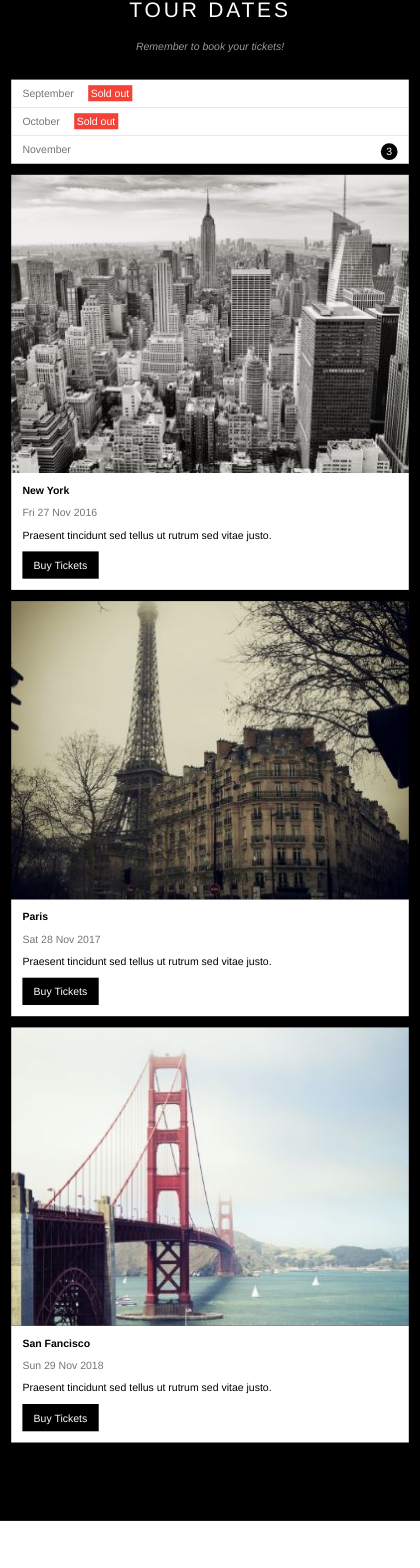
Repository: ThinhTran2k/BigBang-Band-Website
Page: index.html
These files come from the project's save history. The page is drawn as it stood at one moment and after a run of saves; the edit follows.
The browser window is 600 px wide. The pictures show the part of the page from y = 3714 to 5954 px (the page is 7004 px tall before and 6230 px after), at 70% of full size.

Above is the page before, as saved 2021-03-16 18:22:02.
Console error: TypeError: Cannot set properties of undefined (setting 'onclick')

### index.html
<!DOCTYPE html>
<html lang="en">
<head>
    <meta charset="UTF-8">
    <meta http-equiv="X-UA-Compatible" content="IE=edge">
    <meta name="viewport" content="width=device-width, initial-scale=1.0">
    <title>Brand</title>
    <link rel="icon" href="asset/img/favicon.png" type="image/x-icon" />
    <link rel="stylesheet" href="./asset/css/style.css">
    <link rel="stylesheet" href="./asset/css/responsive.css">
    <link rel="stylesheet" href="./asset/font/themify-icons/themify-icons.css">
</head>
<body>
    <div class="wrapper">
        <div class="header">
            <!-- Navigation -->
            <ul class="nav row-block">
                <li><a href="#">Home</a></li>
                <li><a href="#band">Band</a></li>
                <li><a href="#tour">Tour</a></li>
                <li><a href="#contact">Contact</a></li>
                <li>
                    <a href="#">
                        More
                        <i class="nav-arrow-icon ti-angle-down"></i>
                    </a>
                    <ul class="subnav">
                        <li><a href="#">Merchandise</a></li>
                        <li><a href="#">Extras</a></li>
                        <li><a href="#">Media</a></li>
                    </ul>
                </li>
            </ul>

            <!-- Search -->
            <div class="header__search">
                <i class="header__search-icon ti-search"> </i>
            </div>

            <div class="mobi-menu-responsive">
                <i class="menu-icon ti-menu"></i>
            </div>
        </div>

        <div class="slider">
            <div class="text-content">
                <h2 class="text-heading">New York</h2>
                <div class="text-description">The atmosphere in New York is lorem ipsum.</div>
            </div>
        </div>

        <div class="content" >
            <div class="content-section" id="band">
                <h2 class="section-heading">THE BAND</h2>
                <p class="section-subheading">We love music</p>
                <p class="about">We have created a fictional band website. Lorem ipsum dolor sit amet, consectetur adipiscing elit, sed do eiusmod tempor
                incididunt ut labore et dolore magna aliqua. Ut enim ad minim veniam, quis nostrud exercitation ullamco laboris nisi ut
                aliquip ex ea commodo consequat. Duis aute irure dolor in reprehenderit in voluptate velit esse cillum dolore eu fugiat
                nulla pariatur. Excepteur sint occaecat cupidatat non proident, sunt in culpa qui officia deserunt mollit anim id est
                laborum consectetur adipiscing elit, sed do eiusmod tempor incididunt ut labore et dolore magna aliqua. Ut enim ad minim
                veniam, quis nostrud exercitation ullamco laboris nisi ut aliquip ex ea commodo consequat.
                </p>

                <div class="row member-list member-list-resp">
                    <div class="member-item member-item-resp">
                        <p class="member-name">T.O.P</p>
                        <img src="./asset/img/T.O.P.jpg" alt="name" class="member-img">
                    </div>
                    <div class="member-item member-item-resp">
                        <p class="member-name">Taeyong</p>
                        <img src="./asset/img/Taeyong.jpg" alt="name" class="member-img">
                    </div>
                    <div class="member-item member-item-resp">
                        <p class="member-name">G-Dragon</p>
                        <img src="./asset/img/G-dragon.jpg" alt="name" class="member-img">
                    </div>
                    <div class="member-item member-item-resp">
                        <p class="member-name">Deasung</p>
                        <img src="./asset/img/Deasung.jpg" alt="name" class="member-img">
                    </div>
                    <div class="member-item member-item-resp">
                        <p class="member-name">Seungri</p>
                        <img src="./asset/img/Seung-hyun.png" alt="name" class="member-img">
                    </div>
                </div>
            </div>
            <div class="content-section--black" id="tour">
                <div class="content-section">
                    <h2 class="section-heading text-white">TOUR DATES</h2>
                    <p class="section-subheading text-white">Remember to book your tickets!</p>
                    <!-- Tickets -->
                    <ul class="tickets-list">
                        <li>September <span class="sold-out">Sold out</span></li>
                        <li>October <span class="sold-out">Sold out</span></li>
                        <li>November <span class="quantity">3</span></li>
                    </ul>
                    <!-- Places -->
                    <div class="row place-list row-block">
                        <div class="col col-third s-col-full mt-16">
                            <img src="./asset/img/newyork.jpg" alt="place" class="place-img">
                            <div class="place-content">
                                <h3 class="place-heading">New York</h3>
                                <p class="place-time">Fri 27 Nov 2016</p>
                                <p class="place-desc">Praesent tincidunt sed tellus ut rutrum sed vitae justo.</p>
                                <a href="#" class="place-buy-btn">Buy Tickets</a>
                            </div>
                        </div>
                        <div class="col col-third s-col-full mt-16">
                            <img src="./asset/img/paris.jpg" alt="place" class="place-img">
                            <div class="place-content">
                                <h3 class="place-heading">Paris</h3>
                                <p class="place-time">Sat 28 Nov 2017</p>
                                <p class="place-desc">Praesent tincidunt sed tellus ut rutrum sed vitae justo.</p>
                                <a href="#" class="place-buy-btn">Buy Tickets</a>
                            </div>
                        </div>
                        <div class="col col-third s-col-full mt-16">
                            <img src="./asset/img/sanfran.jpg" alt="place" class="place-img">
                            <div class="place-content">
                                <h3 class="place-heading">San Fancisco</h3>
                                <p class="place-time">Sun 29 Nov 2018</p>
                                <p class="place-desc">Praesent tincidunt sed tellus ut rutrum sed vitae justo.</p>
                                <a href="#" class="place-buy-btn">Buy Tickets</a>
                            </div>
                        </div>
                    </div>
                </div>
            </div>
            <div class="content-section" id="contact">
                <h2 class="section-heading">CONTACT</h2>
                <p class="section-subheading">Fan? Drop a note!</p>

                <div class="row contact-content row-block">
                    <div class="col col-half s-col-full contact-infor">
                        <p><i class="ti-location-pin"></i>Chicago, US</p>
                        <p><i class="ti-mobile"></i>Phone: +00 151515/p>
                        <p><i class="ti-email"></i>Email: mail@mail.com</p>
                    </div>
                    <div class="col col-half s-col-full contact-form">
                        <form action="">
                            <div class="row row-block">
                                <div class="col col-half s-col-full">
                                    <input type="text" name="" id="" class="form-control" required placeholder="Name">
                                </div>
                                <div class="col col-half s-col-full">
                                    <input type="email" name="" id="" class="form-control" required placeholder="Email">
                                </div>
                            </div>
                            <div class="row mt-8">
                                <div class="col col-full">
                                    <input type="text" name="" id="" class="form-control" required placeholder="Message">
                                </div>
                            </div>
                            <input type="submit" value="SEND" class="form-btn">
                        </form>
                    </div>
                </div>
            </div>

            <div class="map-section" >
                <img src="./asset/img/map.jpg" alt="map">
            </div>
        </div>

        <div class="footer">
            <div class="social-list">
                <a href=""><i class="ti-facebook"></i></a>
                <a href=""><i class="ti-instagram"></i></a>
                <a href=""><i class="ti-pinterest"></i></a>
                <a href=""><i class="ti-linkedin"></i></a>
                <a href=""><i class="ti-twitter-alter"></i></a>
                <a href=""><i class="ti-dropbox-alt"></i></a>
            </div>
            <p class="copyright">Powered by <a href="#">w3.css</a></p>
        </div>
    </div>

    <script>
        // Tự động thay đổi kích thước khi chọn btn menu
        var headerE = document.querySelector('.header');
        var headerHeight = headerE.clientHeight;
        var menuE = document.querySelector('.mobi-menu-responsive');
        menuE.onclick = function () {
            var status = headerE.clientHeight == headerHeight;
            if(status){
                headerE.style.height = 'auto'
            }else{
                headerE.style.height = null;
            }
        }
        // Tự động đóng khi chọn menu
        var menuItems = document.querySelectorAll('ul li a[href*="#"]');
        for(var i = 0; i<= menuItems.length; i++){
            var menuItem = menuItems[i];

            menuItem.onclick = function (e) {
                var isParentMenu = this.nextElementSibling && this.nextElementSibling.classList.contains('subnav');
                if(isParentMenu){
                    e.preventDefault();
                }else{
                    headerE.style.height = null;
                }
            }
        }


    </script>
</body>
</html>

### asset/css/style.css
/* Reset CSS */
*{
    padding: 0;
    margin: 0;
    box-sizing: border-box;
}

html {
    scroll-behavior: smooth;
    font-family: Helvetica, Arial , sans-serif;
}

/* Common css */
.text-white {
    color: #fff !important;
}
.row {
    display: flex;
    justify-content: space-between;
    margin-left: -8px;
    margin-right: -8px;
}
.col {
    padding: 0 8px;
}
.col-third {
    width: 33.33%;
}
.col-half {
    width: 50%;
}
.col-full {
    width: 100%;
}
.mt-8 {
    margin-top: 8px;
}
.mt-16 {
    margin-top: 16px;
}
/* end */

/* Main */
.wrapper {

}

.header {
    position: fixed;
    top: 0;
    left: 0;
    right: 0;
    z-index: 1;
    height: 46px;
    background-color: #000;
}

.nav {
    display: inline-block;
}
.nav .subnav {
    display: none;
    position: absolute;
    top: 100%;
    left: 0;
    min-width: 160px;
    background-color: #fff;
    box-shadow: 0 0 10px rgba(0, 0, 0, 0.3);
}
.nav, .subnav {
    list-style: none;
}
.nav .subnav li:hover, .nav > li:hover > a {
    color: #000;
    background-color: #ccc;
}
.nav .subnav a {
    line-height: 38px;
    padding: 0 16px;
    color: #000;
}

.nav li:hover .subnav {
    display: block;
}
.nav > li {
    display: inline-block;
}
.nav > li > a {
    text-transform: uppercase;
    color: #fff;
}
.nav li{
    position: relative;
}
.nav li a {
    display: block;
    cursor: pointer;
    padding: 0 24px;
    line-height: 46px;
    text-decoration: none;
}
.nav-arrow-icon {
    font-size: 14px;
}

.mobi-menu-responsive {
    position: absolute;
    top: 0;
    right: 0;
}
.header .header__search,
.header .mobi-menu-responsive {
    display: none;
    float: right;
    padding: 0 21px;
    line-height: 46px;
}
.header .header__search:hover {
    cursor: pointer;
    background-color: #f44336;
}
.header .mobi-menu-responsive:hover {
    background-color: #ccc;
}
.header .menu-icon:hover {
    color: #000;
}
.header .menu-icon,
.header__search-icon {
    color: #fff;
    font-size: 20px;
}

.slider {
    position: relative;
    margin-top: 46px;
    padding-top: 50%;
    background-image: url('/asset/img/slider2.jpg');
    background-size: cover;
    background-repeat: no-repeat;
    background-position: top center;
}
.text-content {
    position: absolute;
    color: #fff;
    bottom: 48px;
    left: 50%;
    transform: translateX(-50%);
    text-align: center;
}
.text-heading {
    font-weight: 500;
}
.text-description {
    padding-top: 15px;
}


.content {

}
.content-section {
    width: 800px;
    max-width: 100%;
    margin: 0 auto;
    padding: 64px 16px 112px;
}
.section-heading {
    font-weight: 500;
    font-size: 30px;
    text-align: center;
    letter-spacing: 4px;
}
.section-subheading {
    font-size: 15px;
    text-align: center;
    margin-top: 25px;
    font-style: italic;
    opacity: 0.6;
}
.about {
    margin-top: 25px;
    font-size: 15px;
    text-align: justify;
    line-height: 1.5;
}
.member-list {
    margin-top: 38px;
    padding: 32px 0;
}
.member-item {
    display: flex;
    flex-direction: column;
    align-items: center;
    justify-content: center;
    width: 20%;
}
.member-item .member-name {
    margin-bottom: 15px;
}
.member-item .member-img {
    border-radius: 5px;
    width: 150px;
    object-fit: contain;
}
.content-section--black {
    background-color: #000;
}
.tickets-list {
    list-style: none;
    margin-top: 40px;
    background-color: #fff;
}
.tickets-list li {
    color: #757575;
    font-size: 15px;
    padding: 11px 16px;
    border-bottom: 1px solid #ddd;
}
.sold-out {
    background-color: #f44336;
    padding: 3px 4px;
    color: #fff;
    margin-left: 16px;
}
.quantity {
    float: right;
    width: 24px;
    height: 24px;
    line-height: 24px;
    text-align: center;
    border-radius: 50%;
    background-color: #000;
    color: #fff;
}
.place-list {
    margin-top: 16px;
}
.place-img {
    display: block;
    width: 100%;
}
.place-img:hover { opacity: 0.6;}
.place-content {
    font-size: 15px;
    padding: 16px;
    background-color: #fff;
}
.place-heading {
    font-size: 15px;
    font-weight: 600;
}
.place-time {
    color: #757575;
    margin-top: 15px;
}
.place-desc {
    margin-top: 15px;
}
.place-buy-btn {
    display: inline-block;
    color: #fff;
    background-color: #000;
    padding: 11px 16px;
    margin-top: 15px;
    text-decoration: none;
}
.place-buy-btn:hover {color: #000; background-color: #ccc;}
/* Contact Form */
.contact-content {
    margin-top: 48px;
}
.contact-infor {
    font-size: 18px;
    line-height: 1.5;
}
.contact-infor i[class*="ti-"] { width: 30px; display: inline-block;}
.contact-form {
    font-size: 15px;
}
.form-control {
    padding: 10px;
    border: 1px solid #ccc;
    width: 100%;
}

.form-btn {
    display: block;
    margin-left: auto;
    margin-top: 16px;
    margin-bottom: 16px;
    padding: 12px 16px;
    text-align: right;
    border:none;
    color: #fff;
    background-color: #000;
}
.form-btn:hover { background-color: #ccc; cursor: pointer;color: #000;}
/* Map */
.map-section img {
    width: 100%;
}

.footer {
    padding: 64px 16px;
    text-align: center;
}
.footer .social-list {
    font-size: 24px;
}
.footer .social-list a {text-decoration: none; color: rgba(0, 0, 0, 0.6);}
.footer .social-list a:hover ,.footer .copyright a:hover { color: rgba(0, 0, 0, 0.4);}
.footer .copyright {
    margin-top: 15px;
    font-size: 15px;
    color: rgba(0, 0, 0, 0.6);
}
.footer .copyright a {
    color: rgba(0, 0, 0, 0.6);
}

### asset/css/responsive.css
/* Mobile */
@media (max-width: 740px) {
    .header .header__search {
        display: none;
    }
    .header .mobi-menu-responsive {
        display: block;
    }
    .header {
        overflow: hidden;
    }
    .nav > li {
        display: block;
    }
    .nav .subnav {
        position: initial;
        background-color: #333;
    }
    .nav .subnav a {
        color: #fff;
        padding: 5px 40px;
    }
    .nav > li:first-child {
        display: inline-block;
    }
    .member-list-resp {
        display: block;
        margin-top: 0;
    }
    .member-item-resp {
        padding-top: 35px;
        width: 100%;
    }
    .member-item .member-img {
        width: 60%;
    }
    .s-col-full {
        width: 100%;
    }
    .place-img {
        height: 60%;
    }
    .row-block {
        display: block;
    }
    .contact-form {
        margin-top: 16px;
    }
}

Loaded but not shown: asset/font/themify-icons/themify-icons.css (common file)

After the next 2 saves:
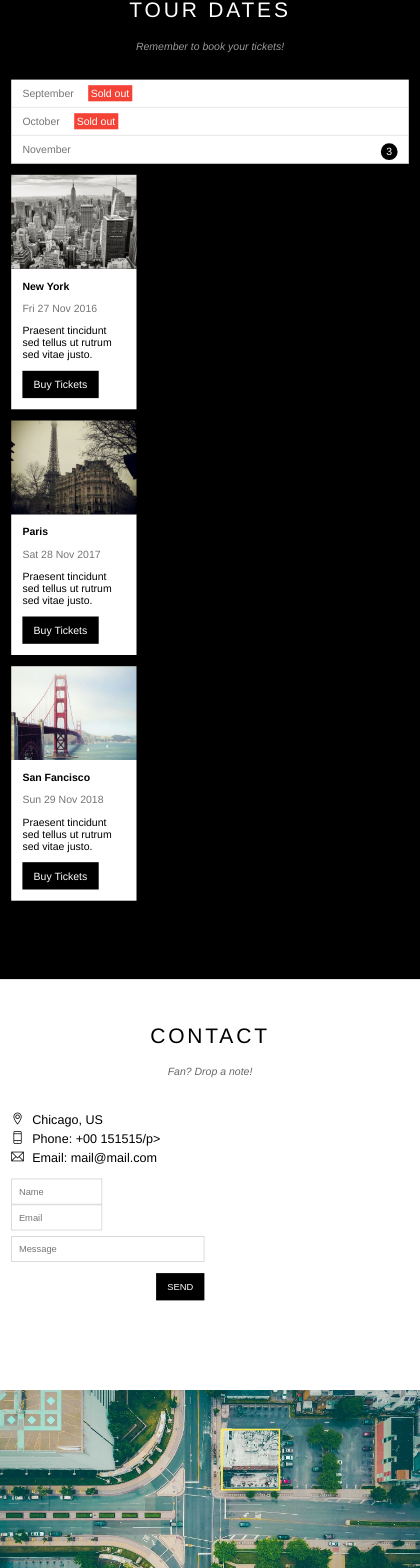
The 2 saves are shown as one change because they came seconds apart.
The last was saved 2 min 57 s later.
--- a/asset/css/responsive.css
+++ b/asset/css/responsive.css
@@ -34,6 +34,7 @@
     .member-item .member-img {
         width: 60%;
     }
+    .s-w
     .s-col-full {
         width: 100%;
     }

After the 2 saves that followed:
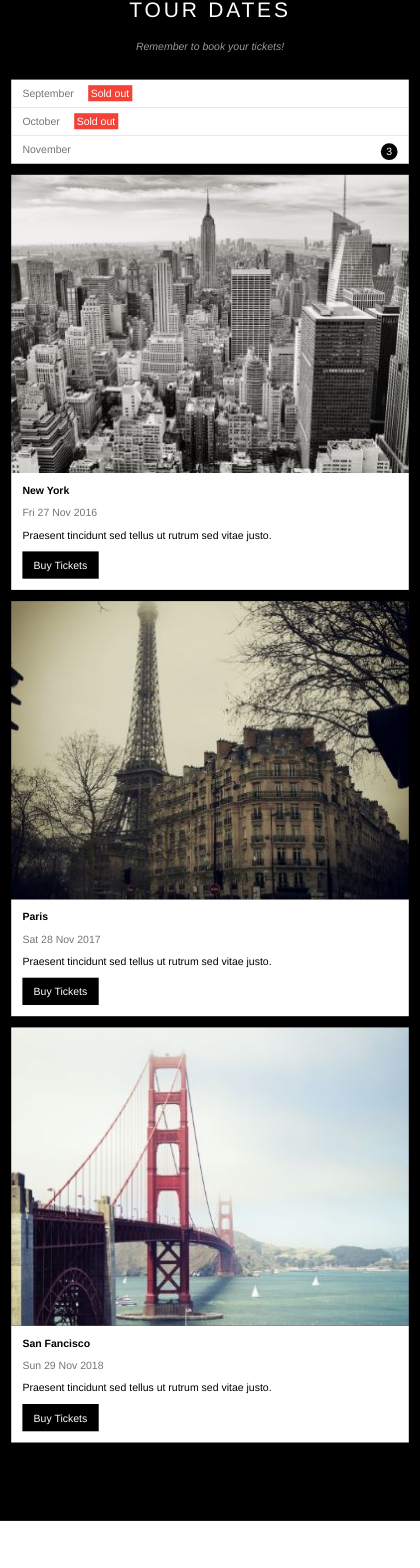
The 2 saves are shown as one change because 1 left the picture as it was.
The last was saved 12 s later.
--- a/asset/css/responsive.css
+++ b/asset/css/responsive.css
@@ -34,7 +34,9 @@
     .member-item .member-img {
         width: 60%;
     }
-    .s-w
+    .s-full-width {
+
+    }
     .s-col-full {
         width: 100%;
     }
